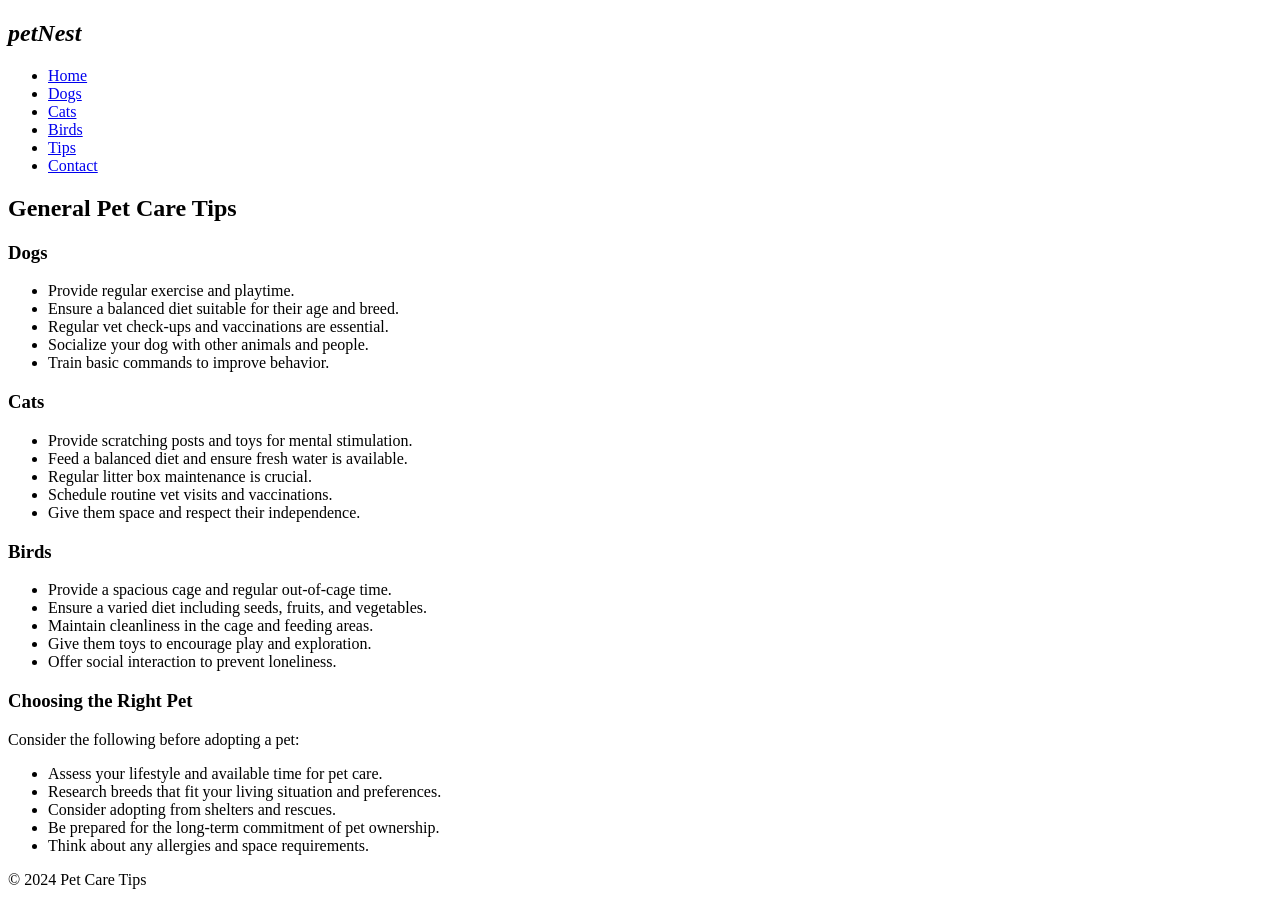
Repository: SHAHZADcodr/pet_care
Page: pages/tips.html
The author's editor kept a copy of each file at every save. The page is drawn from the files as they stood at one save, then again after the next save.
The browser window is 1280 px wide. The pictures show the whole page.

Above is the page before, as saved 2024-11-04 23:17:13.

After the next save:
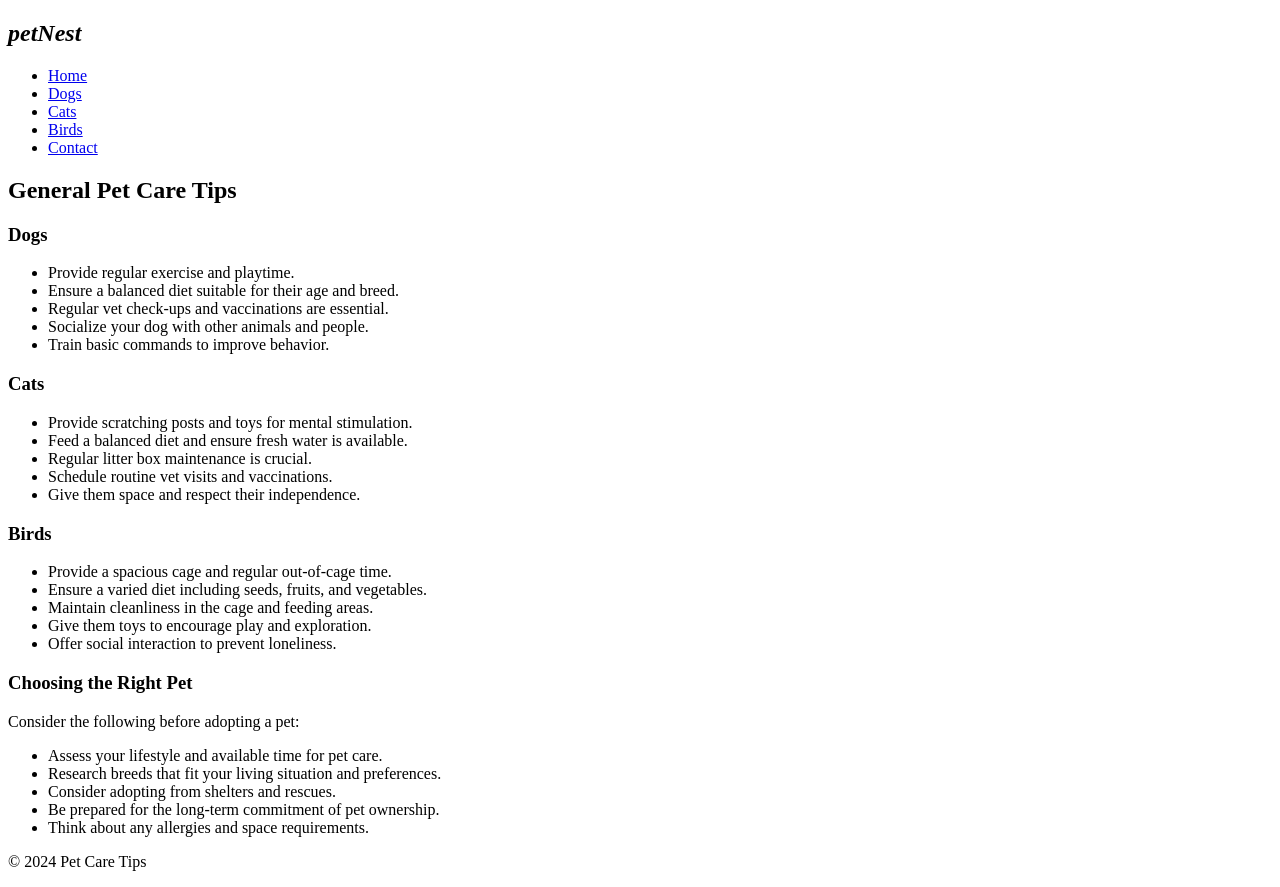
Saved 5 s later.
--- a/pages/tips.html
+++ b/pages/tips.html
@@ -15,7 +15,6 @@
                 <li><a href="dog.html">Dogs</a></li>
                 <li><a href="cat.html">Cats</a></li>
                 <li><a href="bird.html">Birds</a></li>
-                <li><a href="tips.html">Tips</a></li>
                 <li><a href="contact.html" id="you">Contact</a></li>
             </ul>
         </nav>
